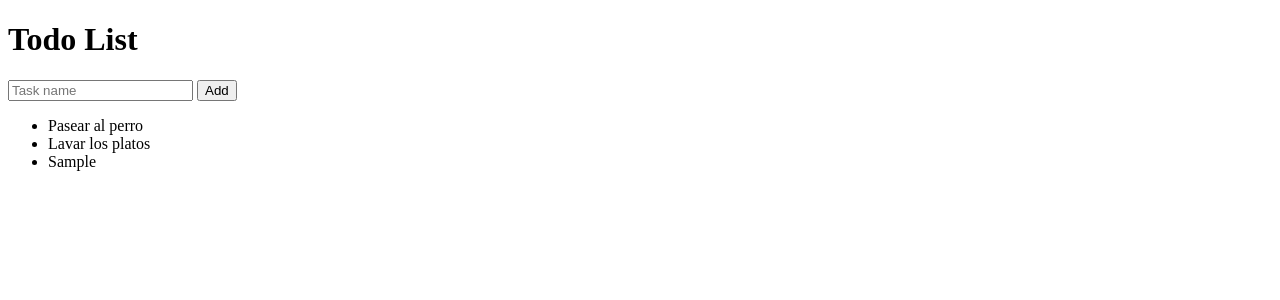
Repository: montsecg/nuclio-javascript-lecture-montse
Page: index.html
These files come from the project's save history. The page is drawn as it stood at one moment and after the next save; the edit follows.
The browser window is 1280 px wide. The pictures show the whole page.
Empty fields were first filled with sample values (such as "Sample", 5 or name@example.com).
After loading, the first visible `button` was clicked once.

Above is the page before, as saved 2021-04-15 21:55:22.

### index.html
<!DOCTYPE html>
<html lang="es">
<head> <!--tiene información sobre el documento-->
    <meta charset="UTF-8">
    <meta http-equiv="X-UA-Compatible" content="IE=edge">
    <meta name="viewport" content="width=device-width, initial-scale=1.0">
    <meta name="description" content="The description">
    <link rel="stylesheet" href="./styles.css">
    <script defer src="./index.js"></script><!--carga el documento de JAVASCRIPT-->
    <title>App con javascript</title>
</head>
<body> <!--tiene contenido de la página-->

    <h1 class= "title">Todo List</h1>
    <input placeholder= "Task name" type="text">
    <button>Add</button>
    <ul>
        <li>Pasear al perro</li>
        <li>Lavar los platos</li>
    </ul>


<!-- siempre se escribre después de los elementos que se ven alterados por JAVASECRIPT-->


</body>
</html>

### index.js
//* TRABAJANDO CON BOTONES EN HTML*//

/*const button = document.querySelector("button");*/
/*console.dir(button);
button.innerText = "Hola!";*/


//*cuando se haga clic en el botón, se imprimirá por consola la frase :button clicked*/
/*button.addEventListener("click", () =>{ /*primer parámeto(click)= el nombre del evento que se quiere escuchar con la función addEventListener
    console.log("button clicked")/*segundo parámetro (@functión) = a la acción que se ha de ejecutar cuando ocurra el evento especificado en el primer parámetro
});*/


//*cuando se haga clic en el botón, se cambiará en el botón el texto:Hola*/
/*button.addEventListener("click", () =>{ primer parámeto(click)= el nombre del evento que se quiere escuchar con la función addEventListener
    button.innerText = "Hola";segundo parámetro (String) = la acción que se ha de ejecutar cuando ocurra el evento especificado en el primer parámetro
});*/

//*cuando se haga click en el botón, se mostratá en el botón la suma de las veces que se clika*/

/*let count = 1;
button.addEventListener("click", () =>{ primer parámeto(click)= el nombre del evento que se quiere escuchar con la función addEventListener
    button.innerText = count;segundo parámetro (contador) = /*la acción que se ha de ejecutar cuando ocurra el evento especificado en el primer parámetro
    count += 1;
    if (count >= 11 ) {
        count = 1;
    }
});*/

//*cuando se haga click en el botón, se cambia el style (CSS) del h1*/
/*const title = document.querySelector("h1");
let count = 1;

button.addEventListener("click", () =>{ primer parámeto(click)= el nombre del evento que se quiere escuchar con la función addEventListener
    button.innerText = count;segundo parámetro (contador) = la acción que se ha de ejecutar cuando ocurra el evento especificado en el primer parámetro
    count += 1;
    if (count >= 6 ) {
        //title.style.textTransform = "uppercase";
 /*en todos los titulos se aplica la classe uppercase cuando se realizan 5 clicks en el botón
        title.classList.add("uppercase");
    }
});*/


//*cuando se haga click en el botón, se cambia el h1 a MAYUSCULAS y a MINUSCULAS*////
/*const title = document.querySelector("h1");

button.addEventListener("click", () =>{
    title.classList.toggle("uppercase"); /*uppercases tiene que estar definido en la hoja de CCS, para transformar h1*/
/*});*/

//*TRABAJANDO CON INPUT EN HTML *//

//*declaración de variables que para conectar las etiquetas de HTML y darle lógica con JAVASCRIPT
/*const input = document.querySelector ("input");
const button = document.querySelector ("button");
const title = document.querySelector ("h1");*/

/*Cuando el input cambie, imprime por consola "Hola"*/
/*const input = document.querySelector ("input");
input.addEventListener("input", () =>{
    console.log("Hola");
});*/


//*en este caso se imprime por consola un evento por cada caracter que se escribe en el input*/

/*input.addEventListener("input", (event) =>{
    console.log(event);
});*/

//*en este caso se imprime por consola un caracter por cada caracter que se escribe en el input*/

/*input.addEventListener("input", () =>{
    console.log(input.value);
});*/

//*Para recoger como título lo que se escriba en el input*/

/*input.addEventListener("input", () =>{
    title.innerText = input.value;
});*/

//*AÑADIR ETIQUETAS EN HTML CON JAVASCRIPT - EJEMPLO AÑADIR <LI> EN UNA LISTA */

/*cuando se escriba en el input la tarea y se CLIKA el boton ADD, se agregue un <li>*/
const input = document.querySelector("input");
const button = document.querySelector("button");
const list = document.querySelector("ul"); /* guarda la lista de tareas*/

input.addEventListener("input", () =>{
    //console.log(list);
});

//Crear un elemento nuevo para guardar el valor(texto) que se escribe en el INPUT y se clicka el boton ADD
button.addEventListener("click", () =>{

    const item = document.createElement("li"); //se crea el elemento <li> y se guarda en una constante item
    item.innerText = input.value; // se guarda en item el valor del input
    list.append(item); //se añade a la lista el item guardado

    input.value =""; //se cambia el valor del input a nada, sirve para limpiar el input
});

Loaded but not shown: styles.css (no stored copy; drawn as an empty file)

After the next save:
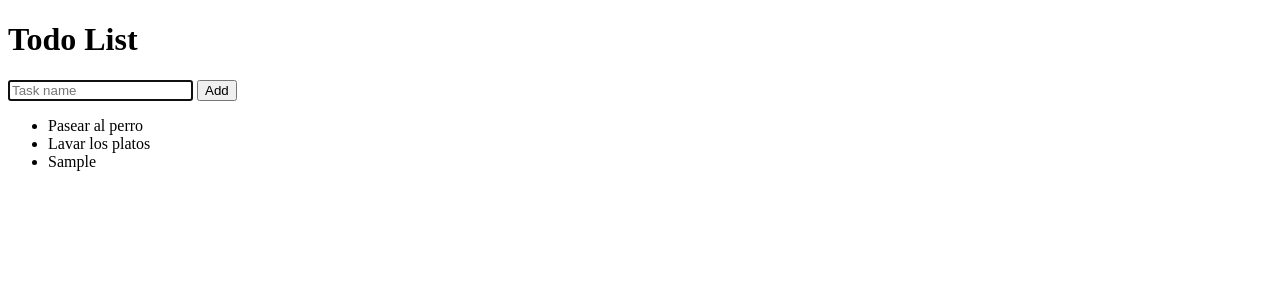
Saved 2 min 7 s later.
--- a/index.js
+++ b/index.js
@@ -100,4 +100,6 @@
     list.append(item); //se añade a la lista el item guardado
 
     input.value =""; //se cambia el valor del input a nada, sirve para limpiar el input
+    input.focus(); // se usa para que el cursor se focalice siempre en el input después de CLICKAR en el botón ADD
+
 });
